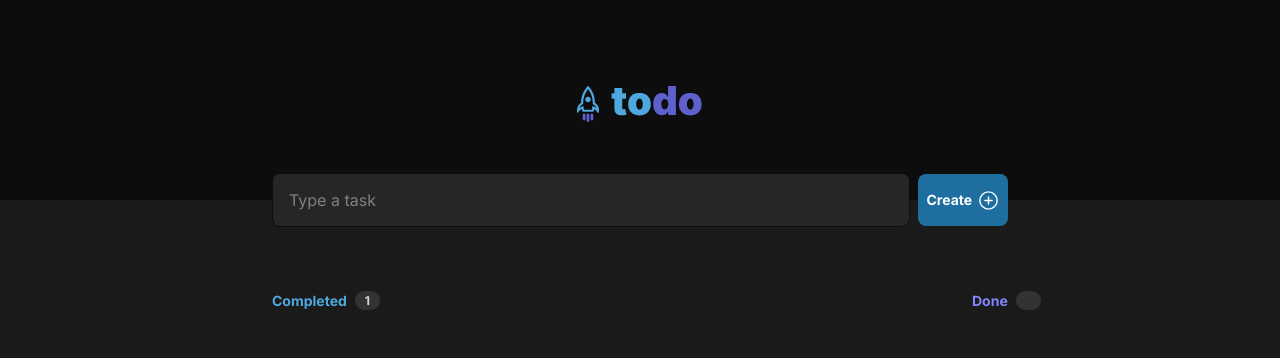
Repository: JoseGu1llardi/to-do-list-D01
Page: /
An editor plug-in stored every save of this project. The page is shown before and after the next save, followed by the edit.
The browser window is 1280 px wide. The pictures show the whole page.
The project was rebuilt for these pictures with package versions that can differ from the ones it lists, and the page was loaded fresh each time. Also part of the build but not shown: vite.config.ts.

Above is the page before, as saved 2023-03-11 14:56:12.

After the next save:
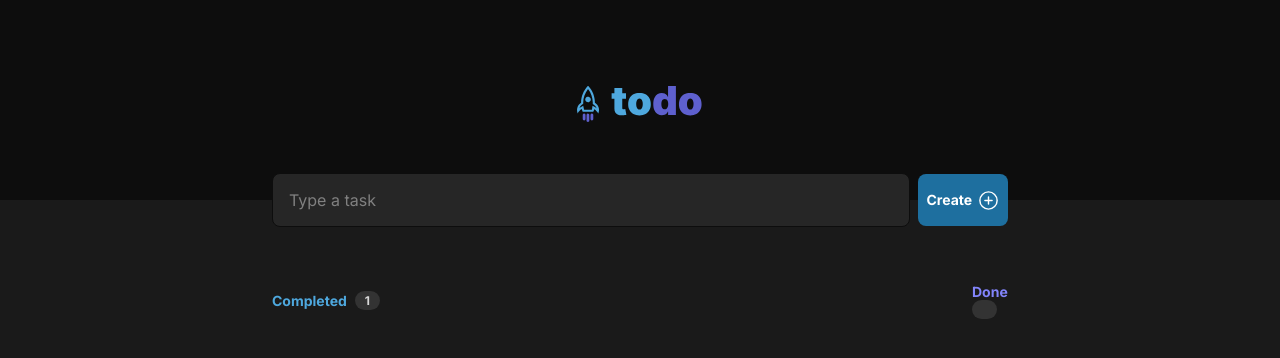
Saved 68 s later.
--- a/src/components/Tasks/index.tsx
+++ b/src/components/Tasks/index.tsx
@@ -13,10 +13,11 @@
                 </div>
 
                 <div className={styles.done}>
-                    <span>Done</span>
-                    <div className={styles.counter}>
-                        <p></p>
-                    </div>
+                    <span>Done
+                        <div className={styles.counter}>
+                            <p></p>
+                        </div>
+                    </span>
                 </div>
             </div>
         </>
